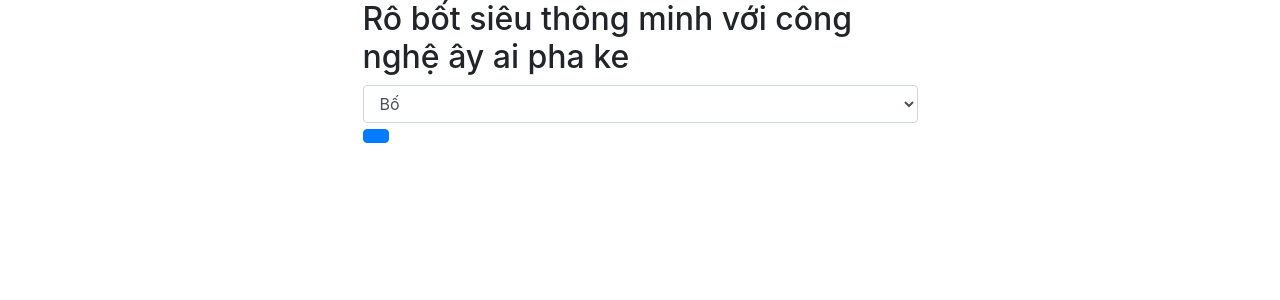
Repository: dovanthao2404/BC14_BaiTap_JS_Buoi_4_dovanthao
Page: html/bai2.html
These files come from the project's save history. The page is drawn as it stood at one moment and after the next save; the edit follows.
The browser window is 1280 px wide. The pictures show the whole page.

Above is the page before, as saved 2021-07-02 23:42:42.

After the next save:
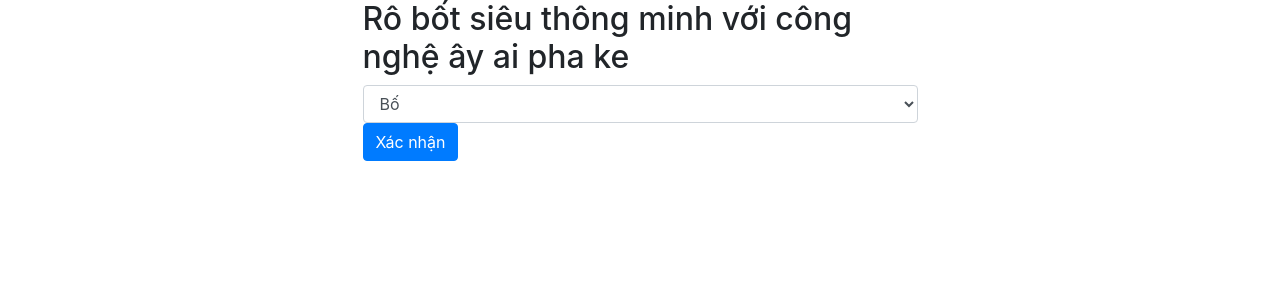
Saved 12 s later.
--- a/html/bai2.html
+++ b/html/bai2.html
@@ -24,7 +24,7 @@
           <option>Em gái</option>
         </select>
       </div>
-      <button class="btn btn-primary"></button>
+      <button class="btn btn-primary">Xác nhận</button>
     </div>
   </div>
 </body>
